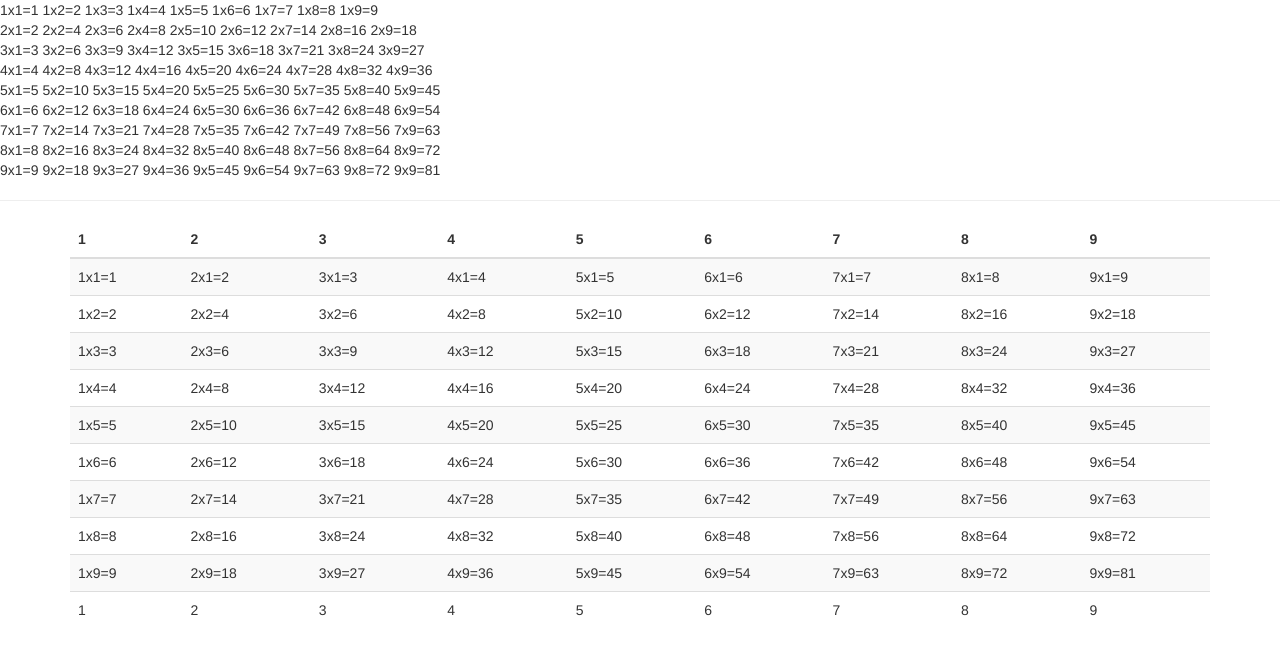
Repository: SongSooJin/JSP
Page: http://localhost/5-jsp-basic/example5/gugudan4.jsp
These files come from the project's save history. The page is drawn as it stood at one moment and after the next save; the edit follows.
The browser window is 1280 px wide. The pictures show the whole page.
The page is served by Tomcat 9. Other server files are loaded and not shown.

Above is the page before, as saved 2018-10-08 05:59:57.

### 5-jsp-basic/WebContent/example5/gugudan4.jsp
<%@ page language="java" contentType="text/html; charset=UTF-8"
	pageEncoding="UTF-8"%>
<%@ taglib prefix="c" uri="http://java.sun.com/jsp/jstl/core" %>
<!DOCTYPE html>
<html>
<head>
<meta charset="UTF-8">
<title>Insert title here</title>
<meta name="viewport" content="width=device-width, initial-scale=1">
  <link rel="stylesheet" href="https://maxcdn.bootstrapcdn.com/bootstrap/3.3.7/css/bootstrap.min.css">
  <script src="https://ajax.googleapis.com/ajax/libs/jquery/3.3.1/jquery.min.js"></script>
  <script src="https://maxcdn.bootstrapcdn.com/bootstrap/3.3.7/js/bootstrap.min.js"></script>

</head>
<body>

	<%
		for (int i = 1; i <= 9; i++) {
			for (int j = 1; j <= 9; j++) {
				out.print(i + "x" + j + "=" + (i * j) + " ");
			}
			out.print("<br>");
		}
	%>
	<hr>
	<div class="container">
	<table class="table table-striped">
		<thead>
			<tr>
				<th>1</th>
				<th>2</th>
				<th>3</th>
				<th>4</th>
				<th>5</th>
				<th>6</th>
				<th>7</th>
				<th>8</th>
				<th>9</th>
			</tr>
		</thead>

		<tbody>
		<%
			for (int i = 1; i <= 9; i++) { // 행
				out.print("<tr>");
				for (int j = 1; j <= 9; j++) { // 열
					out.print("<td>");
					out.print(j + "x" + i + "=" + (i * j));
					out.print("</td>");
				}

				out.print("</tr>");
			}
		%>
			<tr>
				<td>1</td>
				<td>2</td>
				<td>3</td>
				<td>4</td>
				<td>5</td>
				<td>6</td>
				<td>7</td>
				<td>8</td>
				<td>9</td>
			</tr>
		</tbody>
	</table>
		</div>

</body>
</html>

After the next save:
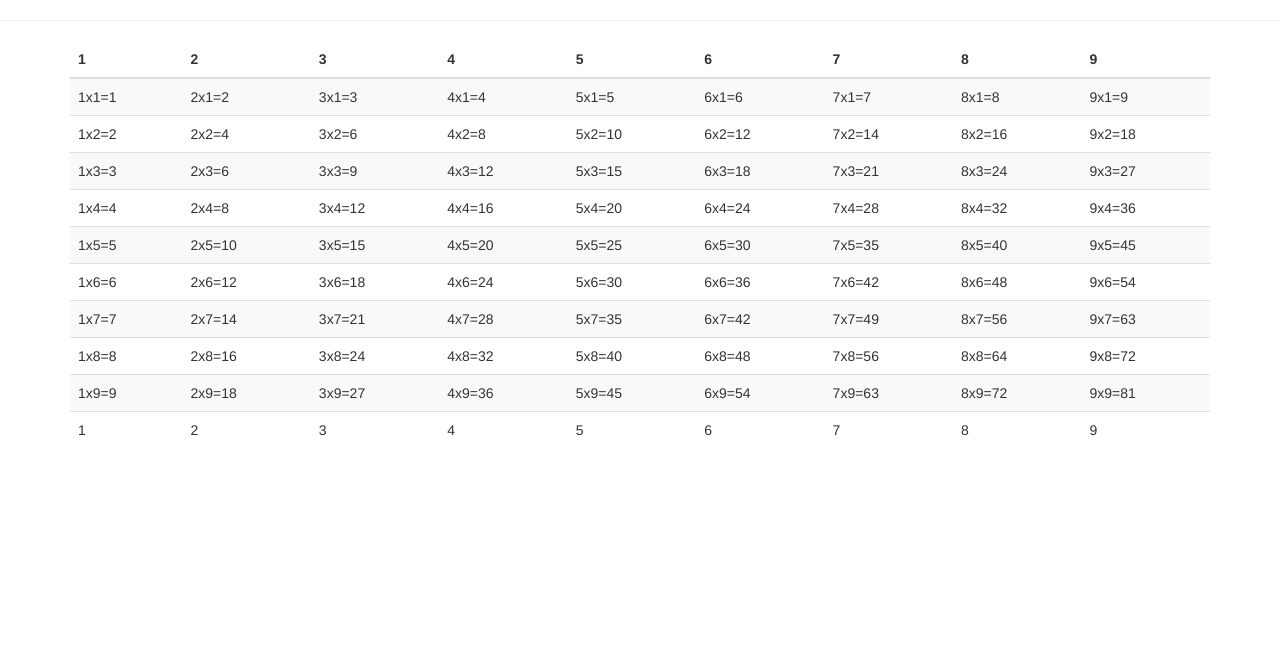
Saved 13 s later.
--- a/5-jsp-basic/WebContent/example5/gugudan4.jsp
+++ b/5-jsp-basic/WebContent/example5/gugudan4.jsp
@@ -16,10 +16,7 @@
 
 	<%
 		for (int i = 1; i <= 9; i++) {
-			for (int j = 1; j <= 9; j++) {
-				out.print(i + "x" + j + "=" + (i * j) + " ");
-			}
-			out.print("<br>");
+
 		}
 	%>
 	<hr>
